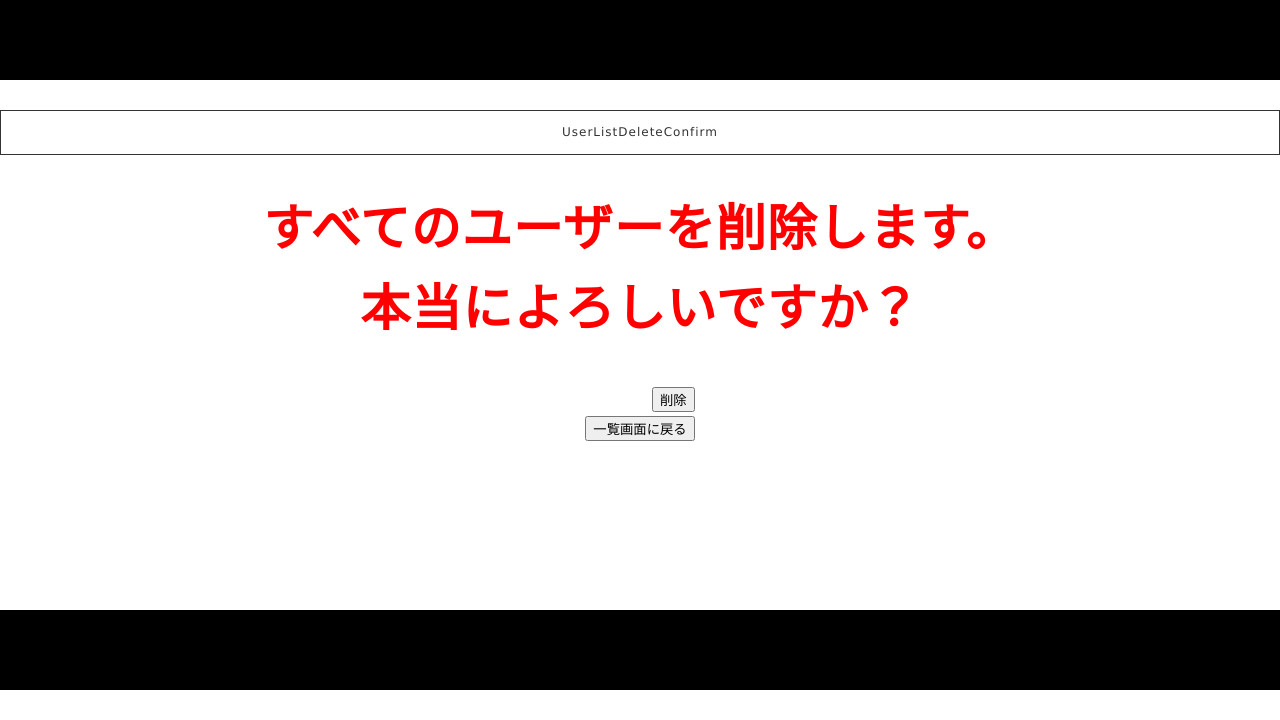
Repository: hirose0320/test
Page: http://localhost/ecsite2/userListDeleteConfirm.jsp
These files come from the project's save history. The page is drawn as it stood at one moment and after the next save; the edit follows.
The browser window is 1280 px wide. The pictures show the whole page.
Some web fonts or font styles are not loaded; a fallback is used. Some web libraries are served in a nearby version. The page is served by Tomcat 9.

Above is the page before, as saved 2019-03-07 02:31:49.

After the next save:
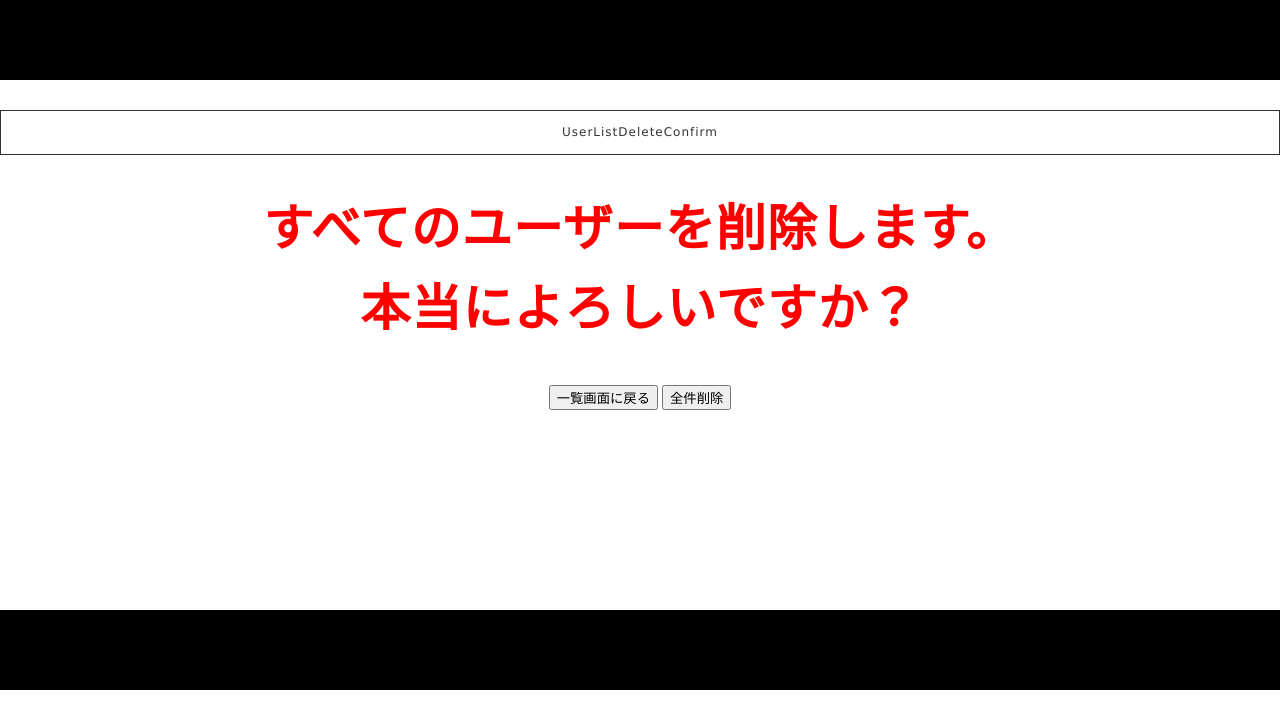
Saved 46 s later.
--- a/ecsite2/WebContent/userListDeleteConfirm.jsp
+++ b/ecsite2/WebContent/userListDeleteConfirm.jsp
@@ -83,23 +83,19 @@
 		</div>
 		<div>
 
-
-			<h1>
-				すべてのユーザーを削除します。<br>本当によろしいですか？
-			</h1>
-			<s:form action="UserListDeleteConfirmAction">
+			<s:form>
+				<h1>
+					すべてのユーザーを削除します。<br>本当によろしいですか？
+				</h1>
 				<tr>
-
-					<input type="hidden" name="deleteFlg" value="1">
-					<s:submit value="削除" method="delete" />
-
 					<td><input type="button" value="一覧画面に戻る"
 						onclick="submitAction('UserListAction')" /></td>
+
+					<td><input type="button" value="全件削除"
+						onclick="submitAction('UserListDeleteCompleteAction')" /></td>
+
 				</tr>
 			</s:form>
-
-
-
 
 		</div>
 	</div>
